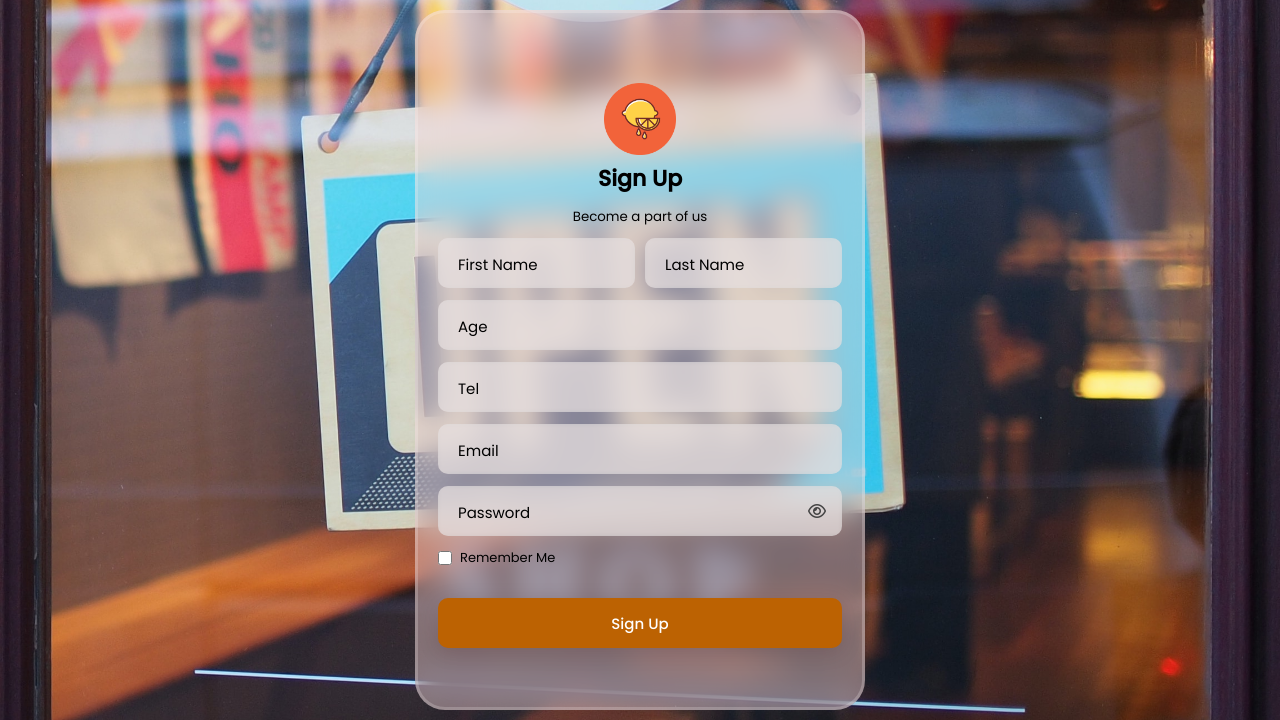
Repository: MauDucKG/BigFarm
Page: http://localhost/BigFarm/views/main/register/index.php?page=main&controller=register&action=submit
An editor plug-in stored every save of this project. The page is shown before and after a run of saves, followed by the edit.
The browser window is 1280 px wide. The pictures show the whole page.
Some web libraries are served in a nearby version. The page is run by PHP 8.4 with error messages shown; the project is at /var/www/html/.

Above is the page before, as saved 2023-04-26 20:27:50.

### views/main/register/index.php
<!DOCTYPE html>
<html lang="en">

<head>
	<meta charset="utf-8">
	<meta name="viewport" content="width=device-width, initial-scale=1">
	<title>Register</title>
	<!-- <link href="https://cdn.jsdelivr.net/npm/bootstrap@5.2.2/dist/css/bootstrap.min.css" rel="stylesheet" integrity="sha384-Zenh87qX5JnK2Jl0vWa8Ck2rdkQ2Bzep5IDxbcnCeuOxjzrPF/et3URy9Bv1WTRi" crossorigin="anonymous"> -->
	<link rel="stylesheet" href="assets/stylesheets/register.css">
    <script src="https://kit.fontawesome.com/4ccf3877a2.js" crossorigin="anonymous"></script>
    <!-- <style>
        @import url('https://fonts.googleapis.com/css2?family=Poppins:wght@400;500&display=swap');
body{
    background: url("https://images.unsplash.com/photo-1472851294608-062f824d29cc?ixlib=rb-4.0.3&ixid=MnwxMjA3fDB8MHxwaG90by1wYWdlfHx8fGVufDB8fHx8&auto=format&fit=crop&w=2304&q=80");
    background-size: cover;
    background-position: center;
    background-repeat: no-repeat;
    background-attachment: fixed;
}
*{
    margin: 0;
    padding: 0;
    box-sizing: border-box;
    font-family: 'Poppins',sans-serif;
}
.wrapper{
    display: flex;
    justify-content: center;
    align-items: center;
    min-height: 100vh;
    width: 100%;
}
.box{
    display: flex;
    flex-direction: row;
    position: relative;
    padding: 60px 20px 30px 20px;
    height: 700px;
    width: 450px;
    background-color: rgba(255, 220, 220, 0.4);
    border-radius: 30px;
    -webkit-backdrop-filter: blur(15px);
    backdrop-filter: blur(15px);
    border: 3px solid rgba(255, 255, 255, 0.2);
    overflow: hidden;
}
.box-register{
    position: absolute;
    width: 85%;
    right: -350px;
    transition: .5s ease-in-out;
}
.top-header{
    text-align: center;
    margin: 10px auto;
}
.top-header h3{
    font-size: 22px;
    font-weight: 600;
    margin-bottom: 8px;
}
.input-group{
    width: 100%;
}
.input-field{
    width: 100%;
    margin-bottom: 12px;
    position: relative;
}
.input-box{
    width: 100%;
    height: 50px;
    font-size: 15px;
    color: #040404;
    border: none;
    border-radius: 10px;
    padding: 7px 45px 0 20px;
    background: rgba(224, 223, 223, 0.6);
    -webkit-backdrop-filter: blur(2px);
    backdrop-filter: blur(2px);
    outline: none;
}
.input-field label{
    position: absolute;
    left: 20px;
    top: 15px;
    font-size: 15px;
    transition: .3s ease-in-out;
}
.input-box:focus ~ label,.input-box:valid ~ label{
    top: 2px;
    font-size: 10px;
    color: #c12828;
    font-weight: 500;
}
.eye-area{
    position: absolute;
    top: 25px;
    right: 25px;
}
.eye-box{
    display: flex;
    justify-content: center;
    align-items: center;
    position: relative;
}
i{
    position: absolute;
    color: #444444;
    cursor: pointer;
}
#eye,#eye-2{
    opacity: 1;
}
#eye-slash,#eye-slash-2{
    opacity: 0;
}
.remember{
    display: flex;
    font-size: 13px;
    margin: 12px 0 30px 0;
    color: #000;
}
.check{
    margin-right: 8px;
    width: 14px;
}
.input-submit{
    width: 100%;
    height: 50px;
    font-size: 15px;
    font-weight: 500;
    border: none;
    border-radius: 10px;
    background: #bc6202;
    color: #fff;
    box-shadow: 0px 4px 20px rgba(62, 9, 9, 0.145);
    cursor: pointer;
    transition: .4s;
}
.input-submit:hover{
    background: #db3e00;
    box-shadow: 0px 4px 20px rgba(62, 9, 9, 0.32);
}
#btn{
    position: absolute;
    bottom: 0;
    left: 0;
    width: 145px;
    height: 50px;
    background: #cccccd;
    border-radius: 10px;
    box-shadow: 2px 0px 12px rgba(0, 0, 0, 0.1);
    transition: .5s ease-in-out;
}
.name-box{
    display: flex;
    column-gap: 10px;
}
.name-box .input-box{
    width: 100%;
}
.name-box .input-field{
    width: 100%;
}
    </style> -->
</head>

<body>
    <div class="wrapper">
        <div class="box">
        <form action="index.php?page=main&controller=register&action=submit" method="POST" class="text-right">
            <div class="register-box" id="regUser">
                <div class="top-header">
                    <img src="assets/images/team_logo.png" alt="" width="72" height="72">
                    <h3>Sign Up</h3>
                    <small>Become a part of us</small>
                </div>
                <div class="input-group">
                    <div class="name-box">
                        <div class="input-field">
                            <input type="text" class="input-box" id="regUser" required>
                            <label for="regUser">First Name</label>
                        </div>
                        <div class="input-field">
                            <input type="text" class="input-box" id="regUser" required>
                            <label for="regUser">Last Name</label>
                        </div>
                    </div>
                    <div class="input-field">
                        <input type="text" class="input-box" id="regUser" required>
                        <label for="regUser">Age</label>
                    </div>
                    <div class="input-field">
                        <input type="text" class="input-box" id="regUser" required>
                        <label for="regUser">Tel</label>
                    </div>
                    <div class="input-field">
                        <input type="text" class="input-box" id="email" name="email" required>
                        <label for="regUser">Email</label>
                    </div>
                    <div class="input-field">
                        <input type="password" class="input-box" id="pass" name="pass" required>
                        <label for="regPassword">Password</label>
                         <div class="eye-area">
                                <div class="eye-box" onclick="myRegPassword()">
                                    <i class="fa-regular fa-eye" id="eye-2"></i>
                                    <i class="fa-regular fa-eye-slash" id="eye-slash-2"></i>
                                </div>
                         </div>
                    </div>
                        <!-- <div class="input-field">
                            <input type="text" class="input-box" id="regUser" required>
                            <label for="regUser">Telephone number</label> -->
                        <!-- </div>
                        <div class="input-field">
                            <input type="radio" class="input-box" id="regUser" required>
                            <label for="regUser">Male</label>
                        </div>
                        <div class="input-field">
                            <input type="radio" class="input-box" id="regUser" required>
                            <label for="regUser">Female</label>
                        </div> -->
                    <div class="remember">
                        <input type="checkbox" id="formCheck-2" class="check">
                        <label for="formCheck-2">Remember Me</label>
                    </div>
                    <div class="input-field">
                        <input type="submit" class="input-submit" value="Sign Up">
                    </div>
                </div>
          </div>
        </form>
        </div>
    </div>
    <script>
        function myRegPassword(){
            var d = document.getElementById('regPassword');
            var b = document.getElementById("eye-2");
            var c = document.getElementById("eye-slash-2");
            if(d.type === "password"){
                d.type = "text"
                b.style.opacity = "0";
                c.style.opacity = "1";
            }else{
                d.type = "password"
                b.style.opacity = "1";
                c.style.opacity = "0";
            }
        }
    </script>
</body>

</html>

### assets/stylesheets/register.css
@import url('https://fonts.googleapis.com/css2?family=Poppins:wght@400;500&display=swap');
body{
    background: url("/BigFarm/assets/images/mike-petrucci-c9FQyqIECds-unsplash.jpg");
    background-size: cover;
    background-position: center;
    background-repeat: no-repeat;
    background-attachment: fixed;
}
*{
    margin: 0;
    padding: 0;
    box-sizing: border-box;
    font-family: 'Poppins',sans-serif;
}
.wrapper{
    display: flex;
    justify-content: center;
    align-items: center;
    min-height: 100vh;
    width: 100%;
}
.box{
    display: flex;
    flex-direction: row;
    position: relative;
    padding: 60px 20px 30px 20px;
    height: 700px;
    width: 450px;
    background-color: rgba(255, 220, 220, 0.4);
    border-radius: 30px;
    -webkit-backdrop-filter: blur(15px);
    backdrop-filter: blur(15px);
    border: 3px solid rgba(255, 255, 255, 0.2);
    overflow: hidden;
}
.box-register{
    position: absolute;
    width: 85%;
    right: -350px;
    transition: .5s ease-in-out;
}
.top-header{
    text-align: center;
    margin: 10px auto;
}
.top-header h3{
    font-size: 22px;
    font-weight: 600;
    margin-bottom: 8px;
}
.input-group{
    width: 100%;
}
.input-field{
    width: 100%;
    margin-bottom: 12px;
    position: relative;
}
.input-box{
    width: 100%;
    height: 50px;
    font-size: 15px;
    color: #040404;
    border: none;
    border-radius: 10px;
    padding: 7px 45px 0 20px;
    background: rgba(224, 223, 223, 0.6);
    -webkit-backdrop-filter: blur(2px);
    backdrop-filter: blur(2px);
    outline: none;
}
.input-field label{
    position: absolute;
    left: 20px;
    top: 15px;
    font-size: 15px;
    transition: .3s ease-in-out;
}
.input-box:focus ~ label,.input-box:valid ~ label{
    top: 2px;
    font-size: 10px;
    color: #c12828;
    font-weight: 500;
}
.eye-area{
    position: absolute;
    top: 25px;
    right: 25px;
}
.eye-box{
    display: flex;
    justify-content: center;
    align-items: center;
    position: relative;
}
i{
    position: absolute;
    color: #444444;
    cursor: pointer;
}
#eye,#eye-2{
    opacity: 1;
}
#eye-slash,#eye-slash-2{
    opacity: 0;
}
.remember{
    display: flex;
    font-size: 13px;
    margin: 12px 0 30px 0;
    color: #000;
}
.check{
    margin-right: 8px;
    width: 14px;
}
.input-submit{
    width: 100%;
    height: 50px;
    font-size: 15px;
    font-weight: 500;
    border: none;
    border-radius: 10px;
    background: #bc6202;
    color: #fff;
    box-shadow: 0px 4px 20px rgba(62, 9, 9, 0.145);
    cursor: pointer;
    transition: .4s;
}
.input-submit:hover{
    background: #db3e00;
    box-shadow: 0px 4px 20px rgba(62, 9, 9, 0.32);
}
#btn{
    position: absolute;
    bottom: 0;
    left: 0;
    width: 145px;
    height: 50px;
    background: #cccccd;
    border-radius: 10px;
    box-shadow: 2px 0px 12px rgba(0, 0, 0, 0.1);
    transition: .5s ease-in-out;
}
.name-box{
    display: flex;
    column-gap: 10px;
}
.name-box .input-box{
    width: 100%;
}
.name-box .input-field{
    width: 100%;
}

After the next 2 saves:
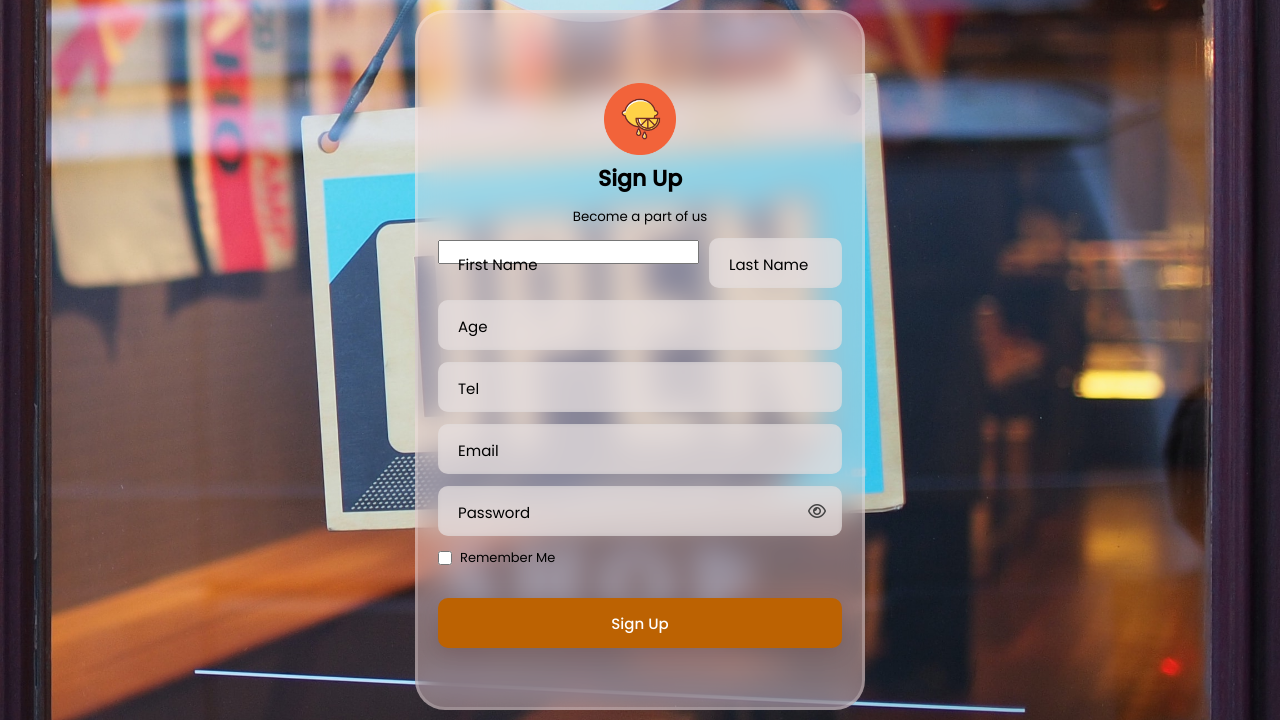
The 2 saves are shown as one change because they came seconds apart.
The last was saved 86 s later.
--- a/views/main/register/index.php
+++ b/views/main/register/index.php
@@ -179,7 +179,7 @@ i{
                 <div class="input-group">
                     <div class="name-box">
                         <div class="input-field">
-                            <input type="text" class="input-box" id="regUser" required>
+                            <input type="text" id="fname" name="fmane" required>
                             <label for="regUser">First Name</label>
                         </div>
                         <div class="input-field">
